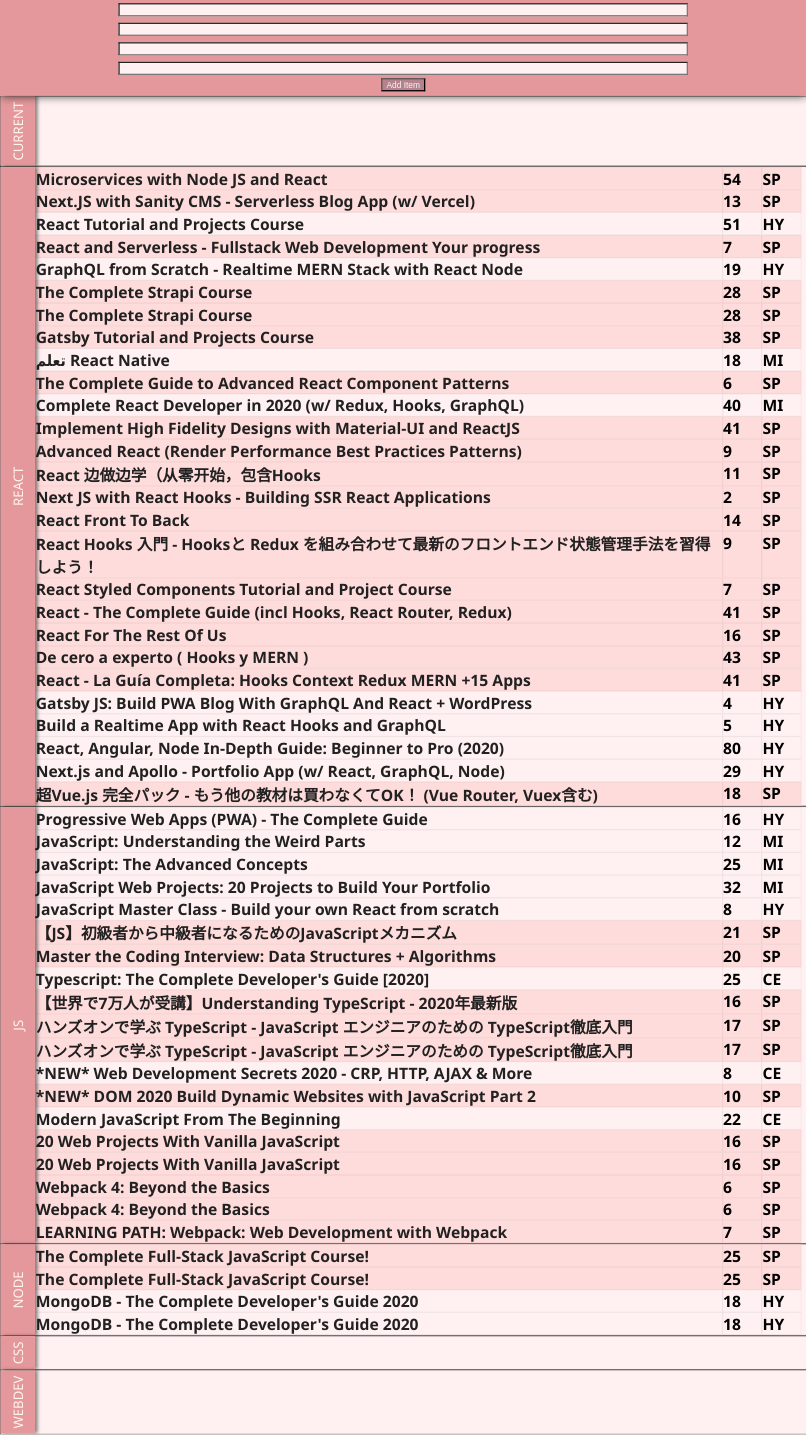
Repository: ClementLight/plan
Page: codicrs.html
These files come from the project's save history. The page is drawn as it stood at one moment and after the next save; the edit follows.
The browser window is 1280 px wide. The pictures show the whole page, at 63% of full size.

Above is the page before, as saved 2020-09-01 14:36:15.

### codicrs.html
<!DOCTYPE html>
<html lang="en">
  <head>
    <meta charset="UTF-8" />
    <meta name="viewport" content="width=device-width, initial-scale=1.0" />
    <title>Plan List</title>
    <link rel="stylesheet" href="style.css" />
  </head>
  <body>
    <section id="add-item" class="add-item">
      <input type="text" class="add-item__input--url" />
      <input type="text" class="add-item__input--name" />
      <input type="text" class="add-item__input--hours" />
      <input type="text" class="add-item__input--account" />
      <button class="add-item__button">Add Item</button>
    </section>
    <section class="top-container">
      <section class="maincontainers">
        <div class="lessontype">CURRENT</div>
        <div id="lessonsCurrent" class="lessons"></div>
      </section>
      <section class="maincontainers">
        <div id="react-section" class="lessontype">REACT</div>
        <div id="lessonsReact" class="lessons"></div>
      </section>
      <section class="maincontainers">
        <div class="lessontype">JS</div>
        <div id="lessonsJavascript" class="lessons"></div>
      </section>
      <section class="maincontainers">
        <div class="lessontype">NODE</div>
        <div id="lessonsNode" class="lessons"></div>
      </section>
      <section class="maincontainers">
        <div class="lessontype">CSS</div>
        <div id="lessonsCss" class="lessons"></div>
      </section>
      <section class="maincontainers">
        <div class="lessontype">WEBDEV</div>
        <div id="lessonsWebdev" class="lessons"></div>
      </section>
    </section>

    <!-- //TODO scripts -->
    <script src="jsondata.js"></script>
    <script>
      //   document.body.innerHTML += `
      //  <section class="top-container">
      //   <section idclass="maincontainers">
      //     <div class="lessontype">${item.subject}</div>
      //     <div id="lessons" class="lessons">

      //     </div>
      //   </section>
      // </section>

      database.map((item) => {
        document.getElementById(`lessons${item.subject}`).innerHTML += `
            <div class="lesson lesson-background-filter">
              <a class="lessonname" href=${item.url}>${item.title}</a>
              <span class="hours">${item.hours}</span>
              <span class="account">${item.account}</span>
            </div>
        `
      })

      // const hoursList = [...document.querySelectorAll(".hours")]
      let allClasses = Array.from(document.querySelectorAll(".hours"))
      allClassesValues = allClasses.map((node) => parseInt(node.textContent))
      let total = allClassesValues.reduce((a, b) => a + b, 0)

      const addItem = () => {
        itemUrl = document.querySelector(".add-item__input--url").value
        itemName = document.querySelector(".add-item__input--name").value
        itemHours = document.querySelector(".add-item__input--hours").value
        itemAccount = document.querySelector(".add-item__input--account").value

        newItemHtml = `
        <div class="lesson lesson-background-filter">
        <a class="lessonname" href="${itemUrl}">${itemName} </a>
        <span class="hours">${itemHours}</span>
        <span class="account">${itemAccount}</span>
        </div>
        `
        document.getElementById("react-section__lessons").insertAdjacentHTML("afterbegin", newItemHtml)

        console.log(newItemHtml)
      }

      document.querySelector(".add-item__button").addEventListener("click", addItem)
      console.log(navigator.userAgent)

      //TODO check browser

      let browserAndVersion = (navigator.sayswho = (function () {
        var ua = navigator.userAgent,
          tem,
          M = ua.match(/(opera|chrome|safari|firefox|msie|trident(?=\/))\/?\s*(\d+)/i) || []
        if (/trident/i.test(M[1])) {
          tem = /\brv[ :]+(\d+)/g.exec(ua) || []
          return "IE " + (tem[1] || "")
        }
        if (M[1] === "Chrome") {
          tem = ua.match(/\b(OPR|Edge?)\/(\d+)/)
          if (tem != null) return tem.slice(1).join(" ").replace("OPR", "Opera").replace("Edg ", "Edge ")
        }
        M = M[2] ? [M[1], M[2]] : [navigator.appName, navigator.appVersion, "-?"]
        if ((tem = ua.match(/version\/(\d+)/i)) != null) M.splice(1, 1, tem[1])
        return M.join(" ")
      })())

      //TODO xpath way of selecting stuff. I like it.
      function getElementsByXPath(xpath, parent) {
        let results = []
        let query = document.evaluate(xpath, parent || document, null, XPathResult.ORDERED_NODE_SNAPSHOT_TYPE, null)
        for (let i = 0, length = query.snapshotLength; i < length; ++i) {
          results.push(query.snapshotItem(i))
        }
        return results
      }

      if (browserAndVersion.includes("Chrome")) {
        let itemsXPathed = getElementsByXPath("//span[text()='SP']")
        itemsXPathed.forEach((node) => {
          node.parentElement.classList.remove("lesson-background-filter")
          node.parentElement.classList.add("browserColor")
        })
      } else if (browserAndVersion.includes("Firefox")) {
        let itemsXPathed = getElementsByXPath("//span[text()='HY']")
        itemsXPathed.forEach((node) => {
          node.parentElement.classList.remove("lesson-background-filter")
          node.parentElement.classList.add("browserColor")
        })
      } else if (browserAndVersion.includes("Edge")) {
        //here for a chage I got the parent element directly with xpath
        let itemsXPathed = getElementsByXPath("//div[./span[text()='MI']]")
        itemsXPathed.forEach((node) => {
          node.classList.remove("lesson-background-filter")
          node.classList.add("browserColor")
        })
      } else if (browserAndVersion.includes("Opera")) {
        //here for a chage I got the parent element directly with xpath
        let itemsXPathed = getElementsByXPath("//div[./span[text()='CE']]")
        itemsXPathed.forEach((node) => {
          node.classList.remove("lesson-background-filter")
          node.classList.add("browserColor")
        })
      }
    </script>
  </body>
</html>

### jsondata.js
let database = [
  //   {
  //     id: "1",
  //     subject: "node",
  //     tags: "Node, MongoDB",
  //     hours: 42,
  //     account: "SP",
  //     title: "Node.js, Express, MongoDB & More: The Complete Bootcamp 2020",
  //     url: "https://www.udemy.com/course/nodejs-express-mongodb-bootcamp/learn/lecture/15065290?start=135#overview",
  //   },
  //   {
  //     id: "2",
  //     subject: "react",
  //     tags: "React, Styled Components",
  //     hours: 7,
  //     account: "SP",
  //     title: "React Styled Components Tutorial and Project Course",
  //     url: "https://www.udemy.com/course/styled-components-tutorial-and-project-course/learn/lecture/15328098?start=15#overview",
  //   },
  //   {
  //     id: "3",
  //     subject: "react",
  //     tags: "Node",
  //     hours: 35,
  //     account: "MI",
  //     title: "The Complete Node.js Developer Course (3rd Edition)",
  //     url: "https://www.udemy.com/course/the-complete-nodejs-developer-course-2/learn/lecture/13729190?start=0#announcements",
  //   },
  //   {
  //     id: "4",
  //     subject: "react",
  //     tags: "React, Gatsby",
  //     hours: 38,
  //     account: "SP",
  //     title: "Gatsby Tutorial and Projects Course",
  //     url: "https://www.udemy.com/course/gatsby-tutorial-and-projects-course/learn/lecture/14891808#overview",
  //   },

  {
    id: "1",
    subject: "React",
    tags: "React, Microservices, Node",
    hours: 54,
    account: "SP",
    title: "Microservices with Node JS and React",
    url: "https://www.udemy.com/course/microservices-with-node-js-and-react/learn/lecture/19248060#overview",
  },
  {
    id: "2",
    subject: "React",
    tags: "React, Nextjs",
    hours: 13,
    account: "SP",
    title: "Next.JS with Sanity CMS - Serverless Blog App (w/ Vercel)",
    url: "https://www.udemy.com/course/nextjs-with-sanity-cms-serverless-blog-app-w-vercel/learn/lecture/20359909#overview",
  },
  {
    id: "3",
    subject: "React",
    tags: "React",
    hours: 51,
    account: "HY",
    title: "React Tutorial and Projects Course",
    url: "https://www.udemy.com/course/react-tutorial-and-projects-course/learn/lecture/12499178?start=0#overview",
  },
  {
    id: "4",
    subject: "React",
    tags: "React, Serverless",
    hours: 7,
    account: "SP",
    title: "React and Serverless - Fullstack Web Development Your progress",
    url: "https://www.udemy.com/course/react-and-serverless/learn/lecture/20008686?start=0#overview",
  },
  {
    id: "5",
    subject: "React",
    tags: "React, GraphQL, Node",
    hours: 19,
    account: "HY",
    title: "GraphQL from Scratch - Realtime MERN Stack with React Node",
    url: "https://www.udemy.com/course/graphql-react-node/learn/lecture/19711874?start=0#overview",
  },
  {
    id: "6",
    subject: "React",
    tags: "React, Strapi",
    hours: 28,
    account: "SP",
    title: "The Complete Strapi Course",
    url: "https://www.udemy.com/course/the-complete-strapi-course/learn/lecture/20153090#overvieww",
  },
  {
    id: "7",
    subject: "React",
    tags: "React, Strapi",
    hours: 28,
    account: "SP",
    title: "The Complete Strapi Course",
    url: "https://www.udemy.com/course/the-complete-strapi-course/learn/lecture/20153090#overvieww",
  },
  {
    id: "8",
    subject: "React",
    tags: "React, Gatsby, GraphQL",
    hours: 38,
    account: "SP",
    title: "Gatsby Tutorial and Projects Course",
    url: "https://www.udemy.com/course/gatsby-tutorial-and-projects-course/learn/lecture/14891808#overview",
  },
  {
    id: "9",
    subject: "React",
    tags: "React, React Native",
    hours: 18,
    account: "MI",
    title: "تعلم React Native",
    url: "https://www.udemy.com/course/react-native-m/learn/lecture/20058580?start=15#questions",
  },
  {
    id: "10",
    subject: "React",
    tags: "React, Optimization",
    hours: 6,
    account: "SP",
    title: "The Complete Guide to Advanced React Component Patterns",
    url: "https://www.udemy.com/course/the-complete-guide-to-advanced-react-patterns/learn/lecture/17200022#overview",
  },
  {
    id: "11",
    subject: "React",
    tags: "React",
    hours: 40,
    account: "MI",
    title: "Complete React Developer in 2020 (w/ Redux, Hooks, GraphQL)",
    url: "https://www.udemy.com/course/complete-react-developer-zero-to-mastery/learn/lecture/14870615?start=0#overview",
  },
  {
    id: "12",
    subject: "React",
    tags: "React, Material UI",
    hours: 41,
    account: "SP",
    title: "Implement High Fidelity Designs with Material-UI and ReactJS",
    url: "https://www.udemy.com/course/implement-high-fidelity-designs-with-material-ui-and-reactjs/learn/lecture/16234402?start=165#overview",
  },
  {
    id: "13",
    subject: "React",
    tags: "React, Optimization",
    hours: 9,
    account: "SP",
    title: "Advanced React (Render Performance Best Practices Patterns)",
    url: "https://www.udemy.com/course/advanced-react-render-performance-best-practices-patterns/learn/lecture/19653114#overview",
  },
  {
    id: "14",
    subject: "React",
    tags: "React",
    hours: 11,
    account: "SP",
    title: "React 边做边学（从零开始，包含Hooks",
    url: "https://www.udemy.com/course/react-lean-by-doing/learn/lecture/16800324?start=512#overview",
  },
  {
    id: "15",
    subject: "React",
    tags: "React, Nextjs",
    hours: 2,
    account: "SP",
    title: "Next JS with React Hooks - Building SSR React Applications",
    url: "https://www.udemy.com/course/next-js-react-hooks/learn/lecture/14095110?start=0#overview",
  },
  {
    id: "16",
    subject: "React",
    tags: "React, Node",
    hours: 14,
    account: "SP",
    title: "React Front To Back",
    url: "https://www.udemy.com/course/modern-react-front-to-back/learn/lecture/14969812?start=174#overview",
  },
  {
    id: "17",
    subject: "React",
    tags: "React",
    hours: 9,
    account: "SP",
    title: "React Hooks 入門 - Hooksと Redux を組み合わせて最新のフロントエンド状態管理手法を習得しよう！",
    url: "https://www.udemy.com/course/react-hooks-101/learn/lecture/15049578?start=0#overview",
  },
  {
    id: "18",
    subject: "React",
    tags: "React, Styled Components",
    hours: 7,
    account: "SP",
    title: "React Styled Components Tutorial and Project Course",
    url: "https://www.udemy.com/course/styled-components-tutorial-and-project-course/learn/lecture/15328098?start=15#overview",
  },
  {
    id: "19",
    subject: "React",
    tags: "React, Styled Components",
    hours: 41,
    account: "SP",
    title: "React - The Complete Guide (incl Hooks, React Router, Redux)",
    url: "https://www.udemy.com/course/react-the-complete-guide-incl-redux/learn/lecture/13556330#overview",
  },
  {
    id: "20",
    subject: "React",
    tags: "React",
    hours: 16,
    account: "SP",
    title: "React For The Rest Of Us",
    url: "https://www.udemy.com/course/react-for-the-rest-of-us/learn/lecture/18081709#overview",
  },
  {
    id: "21",
    subject: "React",
    tags: "React, Node, MERN",
    hours: 43,
    account: "SP",
    title: "De cero a experto ( Hooks y MERN )",
    url: "https://www.udemy.com/course/react-cero-experto/learn/lecture/19751074?start=0#announcements",
  },
  {
    id: "22",
    subject: "React",
    tags: "React, Node, MERN",
    hours: 41,
    account: "SP",
    title: "React - La Guía Completa: Hooks Context Redux MERN +15 Apps",
    url: "https://www.udemy.com/course/react-de-principiante-a-experto-creando-mas-de-10-aplicaciones/learn/lecture/17666784?start=0#announcements",
  },
  {
    id: "23",
    subject: "React",
    tags: "React, Gatsby, GraphQL, Wordpress, PWA",
    hours: 4,
    account: "HY",
    title: "Gatsby JS: Build PWA Blog With GraphQL And React + WordPress",
    url: "https://www.udemy.com/course/gatsby-js-build-pwa-blog-with-graphql-and-react-wordpress/learn/lecture/15158236?start=0#overview",
  },
  {
    id: "24",
    subject: "React",
    tags: "React, GraphQL, Wordpress",
    hours: 5,
    account: "HY",
    title: "Build a Realtime App with React Hooks and GraphQL",
    url: "https://www.udemy.com/course/build-a-realtime-app-with-react-hooks-and-graphql/learn/lecture/13747756#overview",
  },
  {
    id: "25",
    subject: "React",
    tags: "React, Angular, Node",
    hours: 80,
    account: "HY",
    title: "React, Angular, Node In-Depth Guide: Beginner to Pro (2020)",
    url: "https://www.udemy.com/course/react-angular-node-in-depth-guide-beginner-to-pro-2020/learn/lecture/18569676?start=0#overview",
  },
  {
    id: "26",
    subject: "React",
    tags: "React, Nextjs, Node, GraphQL, Apollo",
    hours: 29,
    account: "HY",
    title: "Next.js and Apollo - Portfolio App (w/ React, GraphQL, Node)",
    url: "https://www.udemy.com/course/nextjs-and-apollo-portfolio-app-w-react-graphql-node/learn/lecture/18742898?start=0#overview",
  },
  {
    id: "27",
    subject: "React",
    tags: "Vue",
    hours: 18,
    account: "SP",
    title: "超Vue.js 完全パック - もう他の教材は買わなくてOK！ (Vue Router, Vuex含む)",
    url: "https://www.udemy.com/course/vue-js-complete-guide/learn/lecture/15370946?#overview",
  },
  {
    id: "28",
    subject: "Javascript",
    tags: "Javascript, PWA",
    hours: 16,
    account: "HY",
    title: "Progressive Web Apps (PWA) - The Complete Guide",
    url: "https://www.udemy.com/course/progressive-web-app-pwa-the-complete-guide/learn/lecture/13914126#overview",
  },
  {
    id: "29",
    subject: "Javascript",
    tags: "Javascript",
    hours: 12,
    account: "MI",
    title: "JavaScript: Understanding the Weird Parts",
    url: "https://www.udemy.com/course/understand-javascript/learn/lecture/2237542?start=0#overview",
  },
  {
    id: "30",
    subject: "Javascript",
    tags: "Javascript",
    hours: 25,
    account: "MI",
    title: "JavaScript: The Advanced Concepts",
    url: "https://www.udemy.com/course/advanced-javascript-concepts/learn/lecture/13772854#overview",
  },
  {
    id: "31",
    subject: "Javascript",
    tags: "Javascript",
    hours: 32,
    account: "MI",
    title: "JavaScript Web Projects: 20 Projects to Build Your Portfolio",
    url: "https://www.udemy.com/course/javascript-web-projects-to-build-your-portfolio-resume/learn/lecture/19961158?start=0#overview",
  },
  {
    id: "32",
    subject: "Javascript",
    tags: "Javascript, React",
    hours: 8,
    account: "HY",
    title: "JavaScript Master Class - Build your own React from scratch",
    url: "https://www.udemy.com/course/javascript-deep-dive-code-your-own-react-library/learn/lecture/12102042?start=60#overview",
  },
  {
    id: "33",
    subject: "Javascript",
    tags: "Javascript",
    hours: 21,
    account: "SP",
    title: "【JS】初級者から中級者になるためのJavaScriptメカニズム",
    url: "https://www.udemy.com/course/javascript-essence/learn/lecture/19799294?start=0#overview",
  },
  {
    id: "34",
    subject: "Javascript",
    tags: "Javascript",
    hours: 20,
    account: "SP",
    title: "Master the Coding Interview: Data Structures + Algorithms",
    url: "https://www.udemy.com/course/master-the-coding-interview-data-structures-algorithms/learn/lecture/12133484?start=120#overview",
  },
  {
    id: "35",
    subject: "Javascript",
    tags: "Javascript, Typescript",
    hours: 25,
    account: "CE",
    title: "Typescript: The Complete Developer's Guide [2020]",
    url: "https://www.udemy.com/course/typescript-the-complete-developers-guide/learn/lecture/14504488?start=0#overview",
  },
  {
    id: "36",
    subject: "Javascript",
    tags: "Javascript, Typescript",
    hours: 16,
    account: "SP",
    title: "【世界で7万人が受講】Understanding TypeScript - 2020年最新版",
    url: "https://www.udemy.com/course/understanding-typescript-jp/learn/lecture/18184848?start=0#overview",
  },
  {
    id: "37",
    subject: "Javascript",
    tags: "Javascript, Typescript",
    hours: 17,
    account: "SP",
    title: "ハンズオンで学ぶ TypeScript - JavaScript エンジニアのための TypeScript徹底入門",
    url: "https://www.udemy.com/course/ts-for-js-developers/learn/lecture/21394194#overview",
  },
  {
    id: "38",
    subject: "Javascript",
    tags: "Javascript, Typescript",
    hours: 17,
    account: "SP",
    title: "ハンズオンで学ぶ TypeScript - JavaScript エンジニアのための TypeScript徹底入門",
    url: "https://www.udemy.com/course/ts-for-js-developers/learn/lecture/21394194#overview",
  },
  {
    id: "39",
    subject: "Javascript",
    tags: "Javascript, Optimization",
    hours: 8,
    account: "CE",
    title: "*NEW* Web Development Secrets 2020 - CRP, HTTP, AJAX & More",
    url: "https://www.udemy.com/course/new-web-development-secrets/learn/lecture/15578344?start=0#overview",
  },
  {
    id: "40",
    subject: "Javascript",
    tags: "Javascript",
    hours: 10,
    account: "SP",
    title: "*NEW* DOM 2020 Build Dynamic Websites with JavaScript Part 2",
    url: "https://www.udemy.com/course/build-dynamic-websites-dom-2/learn/lecture/17908964#overview",
  },
  {
    id: "41",
    subject: "Javascript",
    tags: "Javascript",
    hours: 22,
    account: "CE",
    title: "Modern JavaScript From The Beginning",
    url: "https://www.udemy.com/course/modern-javascript-from-the-beginning/learn/lecture/8762504?start=0#overview",
  },
  {
    id: "42",
    subject: "Javascript",
    tags: "Javascript",
    hours: 16,
    account: "SP",
    title: "20 Web Projects With Vanilla JavaScript",
    url: "https://www.udemy.com/course/web-projects-with-vanilla-javascript/learn/lecture/17842028?start=210#overview",
  },
  {
    id: "43",
    subject: "Javascript",
    tags: "Javascript",
    hours: 16,
    account: "SP",
    title: "20 Web Projects With Vanilla JavaScript",
    url: "https://www.udemy.com/course/web-projects-with-vanilla-javascript/learn/lecture/17842028?start=210#overview",
  },
  {
    id: "44",
    subject: "Javascript",
    tags: "Javascript, Wdbpack",
    hours: 6,
    account: "SP",
    title: "Webpack 4: Beyond the Basics",
    url: "https://www.udemy.com/course/webpack-beyond-the-basics/learn/lecture/8445416?start=285#overview",
  },
  {
    id: "45",
    subject: "Javascript",
    tags: "Javascript, Webpack",
    hours: 6,
    account: "SP",
    title: "Webpack 4: Beyond the Basics",
    url: "https://www.udemy.com/course/webpack-beyond-the-basics/learn/lecture/8445416?start=285#overview",
  },
  {
    id: "46",
    subject: "Javascript",
    tags: "Javascript, Webpack",
    hours: 7,
    account: "SP",
    title: "LEARNING PATH: Webpack: Web Development with Webpack",
    url: "https://www.udemy.com/course/learning-path-webpack-web-development-with-webpack/learn/lecture/9378330#overview",
  },
  {
    id: "47",
    subject: "Node",
    tags: "Node",
    hours: 25,
    account: "SP",
    title: "The Complete Full-Stack JavaScript Course!",
    url: "https://www.udemy.com/course/full-stack-javascript/learn/lecture/14022702?start=0#overview",
  },
  {
    id: "47",
    subject: "Node",
    tags: "Node",
    hours: 25,
    account: "SP",
    title: "The Complete Full-Stack JavaScript Course!",
    url: "https://www.udemy.com/course/full-stack-javascript/learn/lecture/14022702?start=0#overview",
  },
  {
    id: "48",
    subject: "Node",
    tags: "Node, MongoDB",
    hours: 18,
    account: "HY",
    title: "MongoDB - The Complete Developer's Guide 2020",
    url: "https://www.udemy.com/course/mongodb-the-complete-developers-guide/learn/lecture/13914002?start=0#overview",
  },
  {
    id: "49",
    subject: "Node",
    tags: "Node, MongoDB",
    hours: 18,
    account: "HY",
    title: "MongoDB - The Complete Developer's Guide 2020",
    url: "https://www.udemy.com/course/electron-from-scratch/learn/lecture/19823412#overview",
  },
]

Loaded but not shown: style.css (214 lines, source omitted)

After the next save:
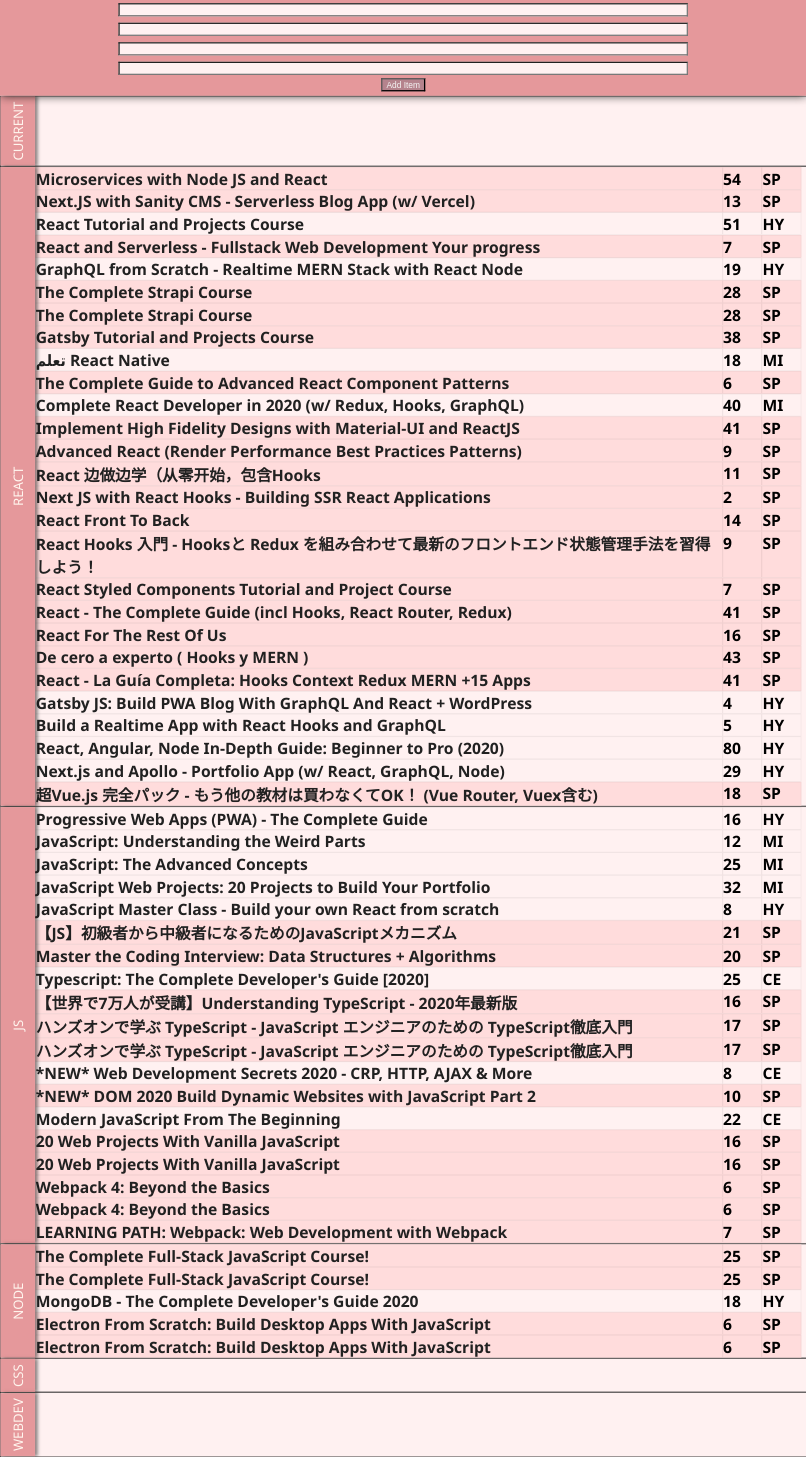
Saved 32 s later.
--- a/jsondata.js
+++ b/jsondata.js
@@ -480,10 +480,19 @@
   {
     id: "49",
     subject: "Node",
-    tags: "Node, MongoDB",
-    hours: 18,
-    account: "HY",
-    title: "MongoDB - The Complete Developer's Guide 2020",
+    tags: "Node, Electron, React",
+    hours: 6,
+    account: "SP",
+    title: "Electron From Scratch: Build Desktop Apps With JavaScript",
     url: "https://www.udemy.com/course/electron-from-scratch/learn/lecture/19823412#overview",
   },
+  {
+    id: "50",
+    subject: "Node",
+    tags: "Node, Electron, React",
+    hours: 6,
+    account: "SP",
+    title: "Electron From Scratch: Build Desktop Apps With JavaScript",
+    url: "https://www.udemy.com/course/electron-from-scratch/learn/lecture/19823412#overview",
+  },
 ]
